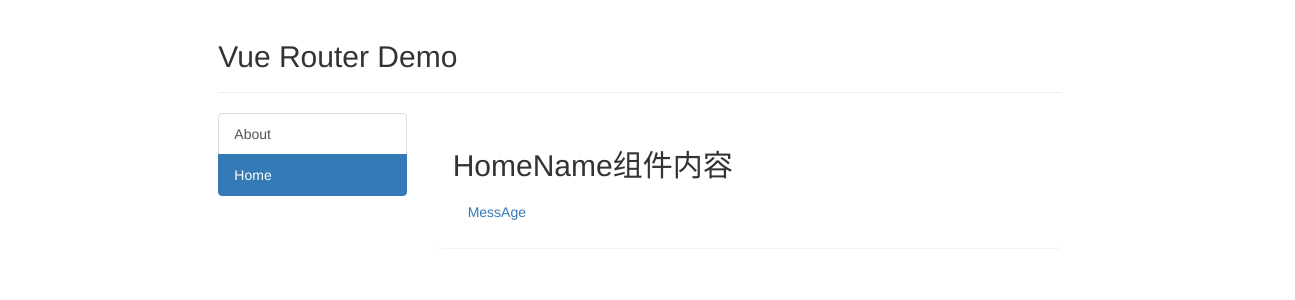
Repository: ldqml/vue.test
Page: /#/home (app in router/)
These files come from the project's save history. The page is drawn as it stood at one moment and after the next save; the edit follows.
The browser window is 1280 px wide. The page is 1295 px wide, so the pictures cover 1295 px, including what lies to the right of the window. The pictures show the whole page.
The project was rebuilt for these pictures with package versions that can differ from the ones it lists, and the page was loaded fresh each time. Also part of the build but not shown: router/vue.config.js, router/src/components/AboutName.vue, router/src/components/MessAge.vue, router/src/components/NewSofm.vue.

Above is the page before, as saved 2022-08-28 22:13:40.

### router/public/index.html
<!DOCTYPE html>
<html lang="">
  <head>
    <meta charset="utf-8">
    <meta http-equiv="X-UA-Compatible" content="IE=edge">
    <meta name="viewport" content="width=device-width,initial-scale=1.0">
    <link rel="icon" href="<%= BASE_URL %>favicon.ico">
    <link rel="stylesheet" href="<%= BASE_URL %>bootstrap.min.css">
    <title><%= htmlWebpackPlugin.options.title %></title>
  </head>
  <body>
    <noscript>
      <strong>We're sorry but <%= htmlWebpackPlugin.options.title %> doesn't work properly without JavaScript enabled. Please enable it to continue.</strong>
    </noscript>
    <div id="app"></div>
    <!-- built files will be auto injected -->
  </body>
</html>

### router/src/main.js
import Vue from 'vue'
import App from './App.vue'
import VueRouter from 'vue-router'
import router from './router'

Vue.config.productionTip = false
Vue.use(VueRouter)

new Vue({
  el:'#app',
  render: h => h(App),
  router: router
})

### router/src/App.vue
<template>
   <div>
    <div class="row">
      <div class="col-xs-offset-2 col-xs-8">
        <div class="page-header">
          <h2>Vue Router Demo</h2>
        </div>
      </div>
    </div>
    <div class="row">
      <div class="col-xs-2 col-xs-offset-2">
        <div class="list-group">
          <router-link class="list-group-item" active-class="active" to="/about">About</router-link>
          <router-link class="list-group-item" active-class="active" to="/home">Home</router-link>
        </div>
      </div>
      <div class="col-xs-6">
        <div class="panel">
          <div class="panel-body">
            <router-view></router-view>
          </div>
        </div>
      </div>
    </div>
   </div>
</template>

<script>

export default {
  name: 'App'
}
</script>

<style>

</style>

### router/src/router/index.js
import VueRouter from "vue-router"
import AboutName from '../components/AboutName'
import HomeName from '../components/HomeName'
import MessAge from '../components/MessAge'
import NewSofm from '../components/NewSofm'

export default new VueRouter({
    routes:[
        {path:'/about',
        component:AboutName
        },
        {path:'/home',
        component:HomeName,
        children:[
            {path:'message',
             component:MessAge
            },
            {path:'newsofm',
             component:NewSofm
            }
        ]
        },
    ]
})

### router/src/components/HomeName.vue
<template>
  <div>
    <h2>HomeName组件内容</h2>
    <div class="nav nav-table">
      <li>
        <router-link active-class="active" to="/home/message">MessAge</router-link>
      </li>
      <li></li>
    </div>
  </div>
</template>

<script>
export default {
    name: "HomeName",
}
</script>

<style>

</style>

Loaded but not shown: router/public/bootstrap.min.css (library)

After the next save:
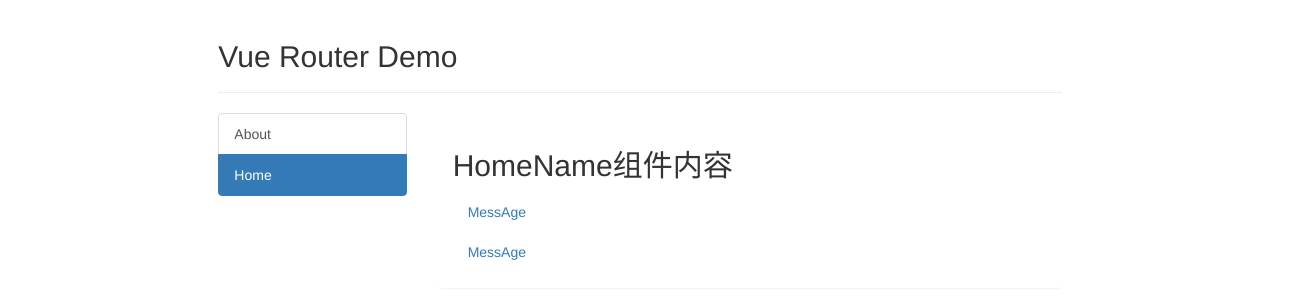
Saved 25 s later.
--- a/router/src/components/HomeName.vue
+++ b/router/src/components/HomeName.vue
@@ -5,7 +5,9 @@
       <li>
         <router-link active-class="active" to="/home/message">MessAge</router-link>
       </li>
-      <li></li>
+      <li>
+        <router-link active-class="active" to="/home/newsofm">MessAge</router-link>
+      </li>
     </div>
   </div>
 </template>
